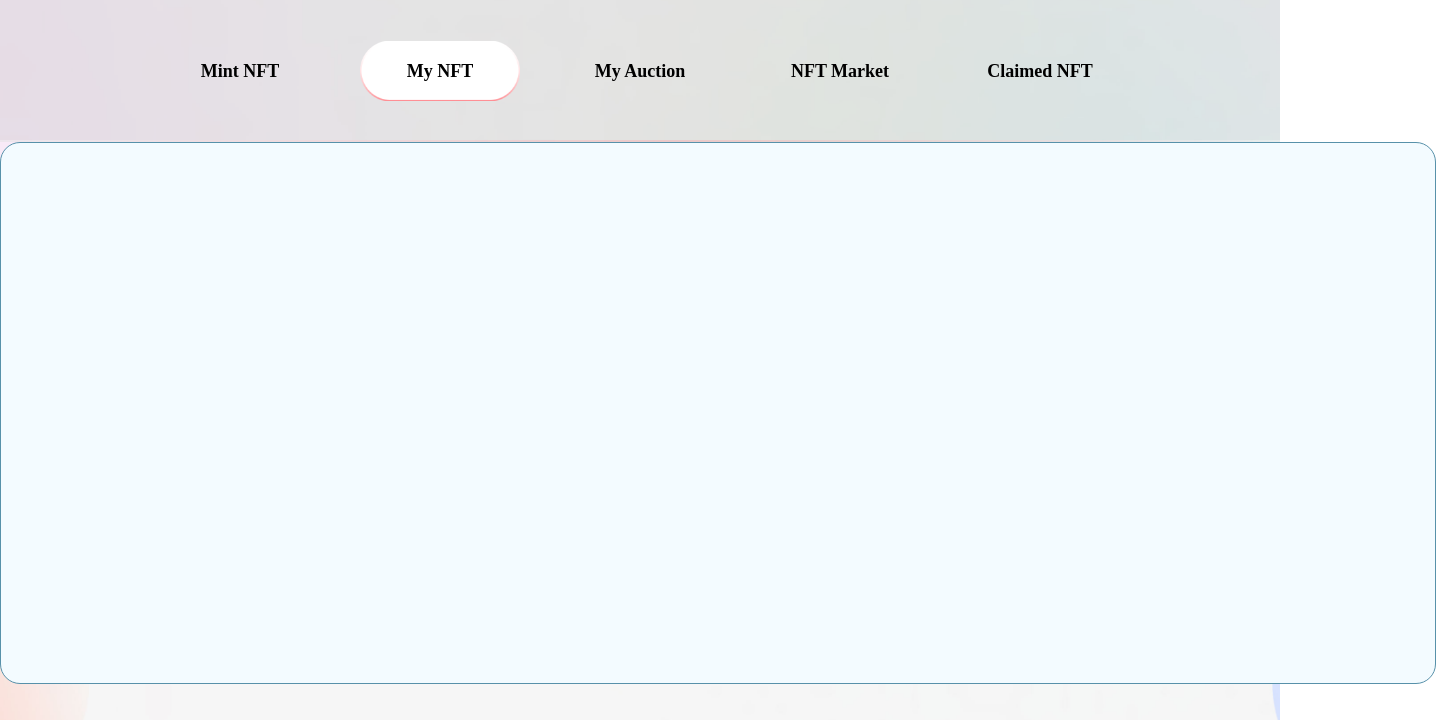
Repository: TomLei99/EnglishAuction-Resit
Page: index.html
An editor plug-in stored every save of this project. The page is shown before and after the next save, followed by the edit.
The browser window is 1280 px wide. The page is 1436 px wide, so the pictures cover 1436 px, including what lies to the right of the window. The pictures show the whole page.
The style sheet was rebuilt from its Sass, Less or Tailwind sources for each picture, by a compiler version that may differ from the author's.

Above is the page before, as saved 2023-08-05 16:45:56.

### index.html
<script>var $pageInfo = { publishmentSystemID: 1, channelID: 1, contentID: 0, siteUrl: "", homeUrl: "/home", currentUrl: "/", rootUrl: "", apiUrl: "/api" };</script>
<!DOCTYPE html
  PUBLIC "-//W3C//DTD XHTML 1.0 Transitional//EN" "http://www.w3.org/TR/xhtml1/DTD/xhtml1-transitional.dtd">
<html xmlns="http://www.w3.org/1999/xhtml">

<head>
  <meta http-equiv="Content-Type" content="text/html; charset=utf-8" />
  <title>手机端框架</title>
  <link href="css/style.css" rel="stylesheet" type="text/css" />
  <script type="text/javascript" src="js/jquery-1.9.1.min.js"></script>

<body class="bg-box">
  <!-- 导航 -->
  <div class="nav-box">
    <div class="nav">
      Mint NFT
    </div>
    <div class="nav nav-cur">
      My NFT
    </div>
    <div class="nav">
      My Auction
    </div>
    <div class="nav">
      NFT Market
    </div>
    <div class="nav">
      Claimed NFT
    </div>
  </div>

  <!-- 页面 -->
  <div class="content-box center-box">
    <!-- 内容列表 -->
    <div class="item-box">

    </div>
  </div>



  <script type="text/javascript" src="js/index.js"></script>
</body>

</html>

### css/style.scss
/*reset-start*/
@charset "utf-8";

html {
    overflow-x: hidden;
    font-size: 14px;
}

body,
div,
dl,
dt,
dd,
ul,
ol,
li,
h1,
h2,
h3,
h4,
h5,
h6,
pre,
code,
form,
fieldset,
legend,
input,
button,
textarea,
p,
blockquote,
th,
td {
    margin: 0;
    padding: 0;
}

table {
    border-collapse: collapse;
    border-spacing: 0;
}

body {
    margin: 0 auto;
}

fieldset,
img {
    border: 0;
}

address,
caption,
cite,
code,
dfn,
em,
strong,
th,
var,
optgroup {
    font-style: inherit;
    font-weight: inherit;
}

del,
ins {
    text-decoration: none;
}

li {
    list-style: none;
}

caption,
th {
    text-align: left;
}

q:before,
q:after {
    content: '';
}

abbr,
acronym {
    border: 0;
    font-variant: normal;
}

input,
button,
textarea,
select,
optgroup,
option {
    font-size: inherit;
    font-style: inherit;
    font-weight: inherit;
}

input,
button,
textarea,
select {
    font-size: 100%;
}

input,
select {
    vertical-align: middle;
}

body {
    font: 12px/1.231;
}

select,
input,
button,
textarea,
button {
    font: 99%;
}

table {
    font-size: inherit;
    font: 100%;
    border-collapse: collapse;
}

pre,
code,
kbd,
samp,
tt {
    font-size: 108%;
    line-height: 100%;
}

/*title*/
h1 {
    font-size: 32px;
}

h2 {
    font-size: 26px;
}

h3 {
    font-size: 20px;
}

h4 {
    font-size: 14px;
}

h5 {
    font-size: 12px;
}

h6 {
    font-size: 10px;
}

a {
    color: #666;
    text-decoration: none;
}

/*for ie f6n.net*/
a:focus {
    outline: 0;
}

/*for ff f6n.net*/
a:hover {
    text-decoration: none;
}

p {
    text-align: justify;
    text-justify: inter-ideograph;
    white-space: normal;
}

.vam {
    vertical-align: middle;
}

.clear {
    clear: both;
    height: 0;
    line-height: 0;
    font-size: 0;
    overflow: hidden;
}

.tr {
    text-align: right;
}

.tl {
    text-align: left;
}

.pr {
    position: relative;
}

.pa {
    position: absolute;
}

.center {
    text-align: center;
}

.fl {
    float: left;
}

.fr {
    float: right;
}

.ys3 {
    opacity: 0.3;
}

.ys5 {
    opacity: 0.5;
}

.fz30 {
    font-size: 3.0vw;
}

/*英文小标题24px*/
.fz35 {
    font-size: 3.5vw;
}

/*正文字体28px*/
.fz37 {
    font-size: 3.75vw;
}

/*小标题30px*/
.fz75 {
    font-size: 7.5vw;
}

/*大标题60px*/

.t1s {
    -webkit-transition: all 1s;
    -moz-transition: all 1s;
    -o-transition: all 1s;
    transition: all 1s;
}

.tt {
    -webkit-transition: all 1s;
    -moz-transition: all 1s;
    -o-transition: all 1s;
    transition: all 1s;
}

.tt img {
    -webkit-transition: all 1s;
    -moz-transition: all 1s;
    -o-transition: all 1s;
    transition: all 1s;
}

.yy img {
    -moz-box-shadow: 0px 0px 20px 1px #8c8883;
    box-shadow: 0px 0px 20px 1px #8c8883;
}

/*页面内容*/
.bg-box {
    width: 100%;
    min-height: 100vh;
    background: url(../images/content-bg.jpg) no-repeat center center;
    background-size: cover;
}

/*居中内容*/
.center-box {
    width: 1434px;
    margin: 0 auto;
}


/* 导航 */
.nav-box {
    width: 100%;
    height: 142px;
    display: flex;
    justify-content: center;
    align-items: center;
    background: url(../images/nav-bg-hx.png) no-repeat center bottom #BCBCBC50;
    background-size: 100% 2px;

    .nav {
        width: 160px;
        height: 60px;
        font-size: 18px;
        font-weight: 600;
        color: #000000;
        display: flex;
        justify-content: center;
        align-items: center;
        margin: 0 20px;
        cursor: pointer;
    }

    .nav-cur {
        background: url(../images/nav-bg.png) no-repeat center center;
        background-size: 100%;
    }

    .nav:hover {
        background: url(../images/nav-bg.png) no-repeat center center;
        background-size: 100%;
    }
}


/* 页面布局 */
.content-box {

    .item-box {
        display: flex;
        justify-content: space-between;
        align-items: center;
        width: 100%;
        height: 540px;
        background: #F3FBFF;
        border-radius: 20px 20px 20px 20px;
        margin-top: 30rpx;
        border: 1px solid #5791AA;
    }
}

Loaded but not shown: js/jquery-1.9.1.min.js (library); js/index.js (no stored copy; drawn as an empty file)

After the next save:
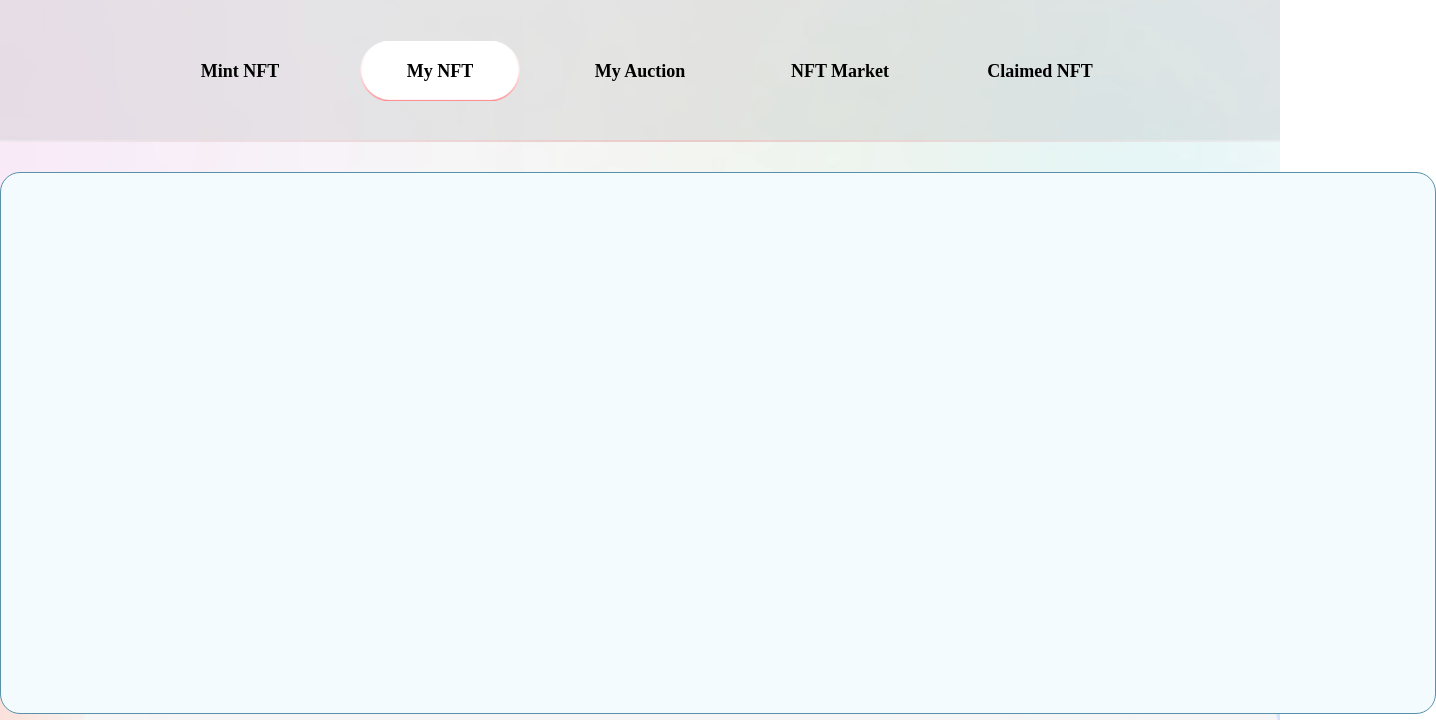
Saved 12 s later.
--- a/css/style.scss
+++ b/css/style.scss
@@ -341,7 +341,7 @@
         height: 540px;
         background: #F3FBFF;
         border-radius: 20px 20px 20px 20px;
-        margin-top: 30rpx;
+        margin-top: 30px;
         border: 1px solid #5791AA;
     }
 }
